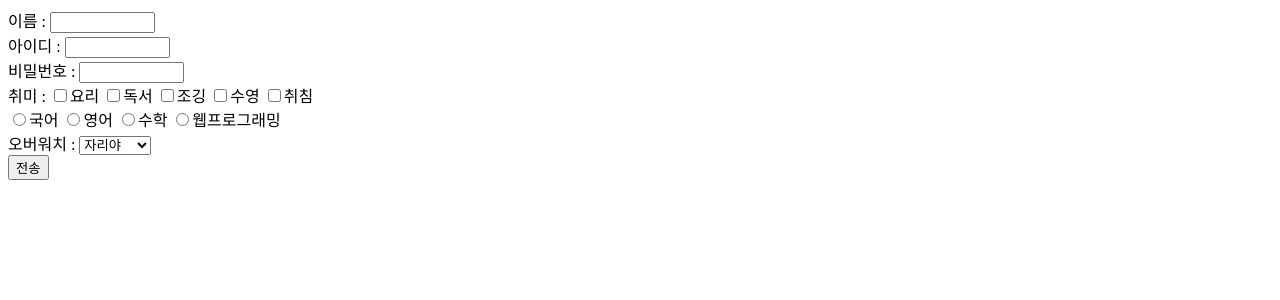
Repository: yoojinhee/JSP_study
Page: http://localhost/Test_JSP/form.jsp
The author's editor kept a copy of each file at every save. The page is drawn from the files as they stood at one save, then again after the next save.
The browser window is 1280 px wide. The pictures show the whole page.
The page is served by Tomcat 9. Other server files are loaded and not shown.

Above is the page before, as saved 2020-05-12 06:39:35.

### Project/Test_JSP/WebContent/form.jsp
<%@ page language="java" contentType="text/html; charset=UTF-8"
    pageEncoding="UTF-8"%>
<!DOCTYPE html>
<html>
<head>
<meta charset="UTF-8">
<title>Insert title here</title>
</head>
<body>

<form action="">
이름 : <input type="text" name="name" size=10><br>
아이디 : <input type="text" name="id" size=10><br>
비밀번호 : <input type="password" name="password" size=10><br>
취미 :
<input type="checkbox" name="hobby" value="cook">요리
<input type="checkbox" name="hobby" value="read">독서
<input type="checkbox" name="hobby" value="run">조깅
<input type="checkbox" name="hobby" value="swim">수영
<input type="checkbox" name="hobby" value="sleep">취침
<br>
<input type="radio" name="major" value="kor">국어
<input type="radio" name="major" value="eng">영어
<input type="radio" name="major" value="mat">수학
<input type="radio" name="major" value="jsp">웹프로그래밍
<br>
오버워치 : <select name="overwatch">
<option value="za">자리야</option>
<option value="dum">둠피스트</option>
<option value="gen">겐지</option>
<option value="diva">디바</option>
</select>
<br>
<input type="submit" value="전송">
</form>

</body>
</html>

After the next save:
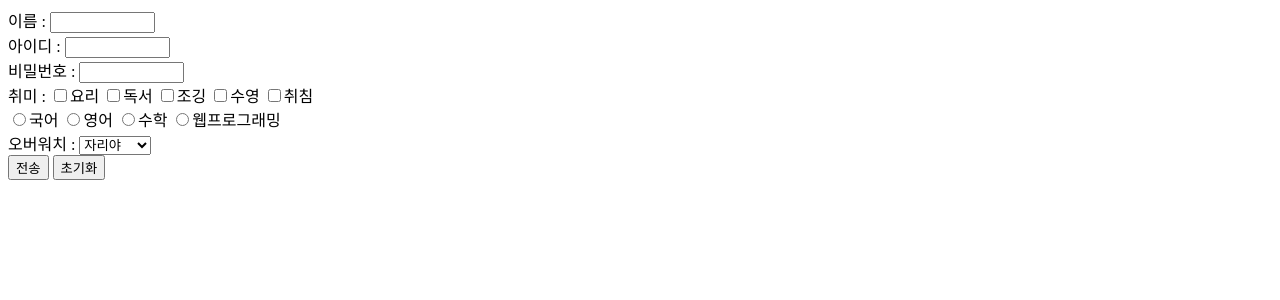
Saved 39 s later.
--- a/Project/Test_JSP/WebContent/form.jsp
+++ b/Project/Test_JSP/WebContent/form.jsp
@@ -32,6 +32,7 @@
 </select>
 <br>
 <input type="submit" value="전송">
+<input type="reset" value="초기화">
 </form>
 
 </body>
